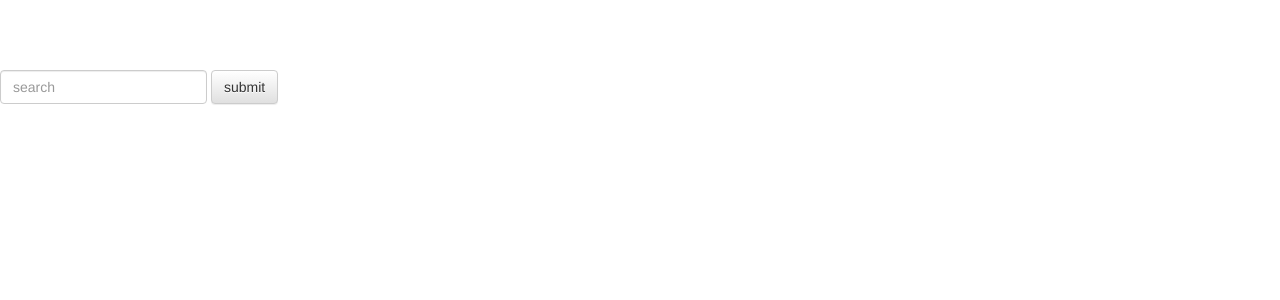
Repository: Echo-Jiang/Echo-Jiang.github.io
Page: test.8.html
The author's editor kept a record of every edit. The page is drawn from the files as they stood at one moment, then again after the next edit.
The browser window is 1280 px wide. The pictures show the whole page.

Above is the page before.

After the next edit:
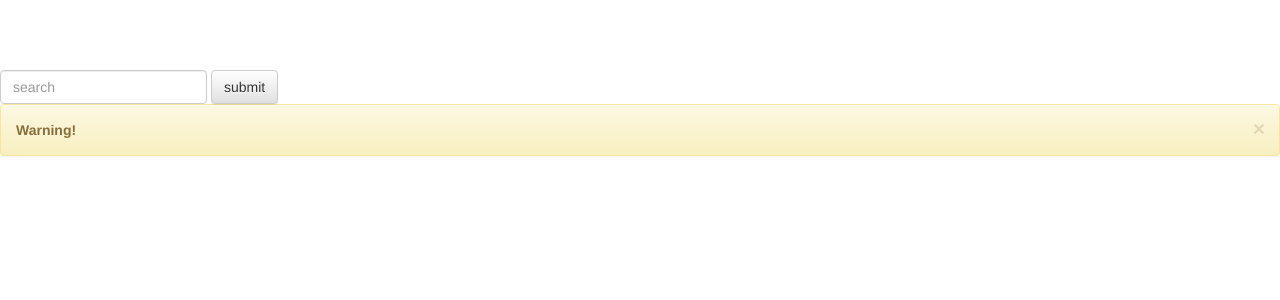
The edit:
--- a/test.8.html
+++ b/test.8.html
@@ -49,3 +49,8 @@
     </script>
   </body>
 </html>
+
+<div class="alert alert-warning alert-dismissible" role="alert">
+  <button type="button" class="close" data-dismiss="alert" aria-label="Close"><span aria-hidden="true">&times;</span></button>
+  <strong>Warning!</strong>
+</div>

After the 6 edits that followed:
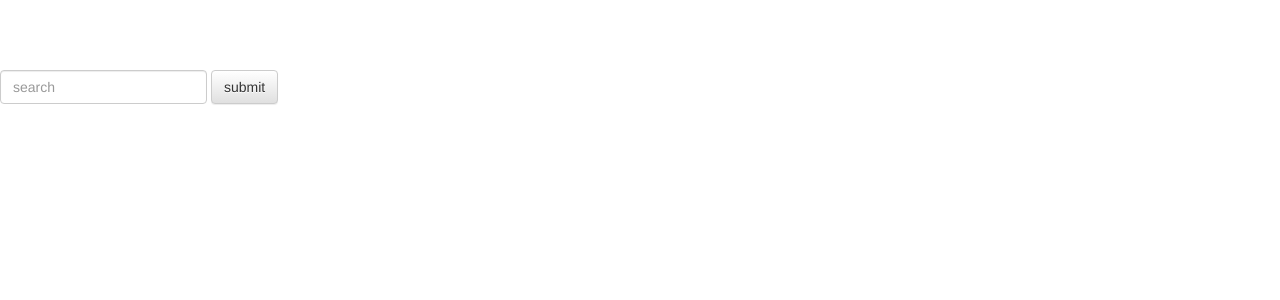
The 6 edits are shown as one change because 5 left the picture as it was.
The edit:
--- a/test.8.html
+++ b/test.8.html
@@ -43,14 +43,8 @@
     $(document).ready(function(){
       $("button").click(function(){
         var value = $("#search1").val();
-
       })
     })
     </script>
   </body>
 </html>
-
-<div class="alert alert-warning alert-dismissible" role="alert">
-  <button type="button" class="close" data-dismiss="alert" aria-label="Close"><span aria-hidden="true">&times;</span></button>
-  <strong>Warning!</strong>
-</div>
